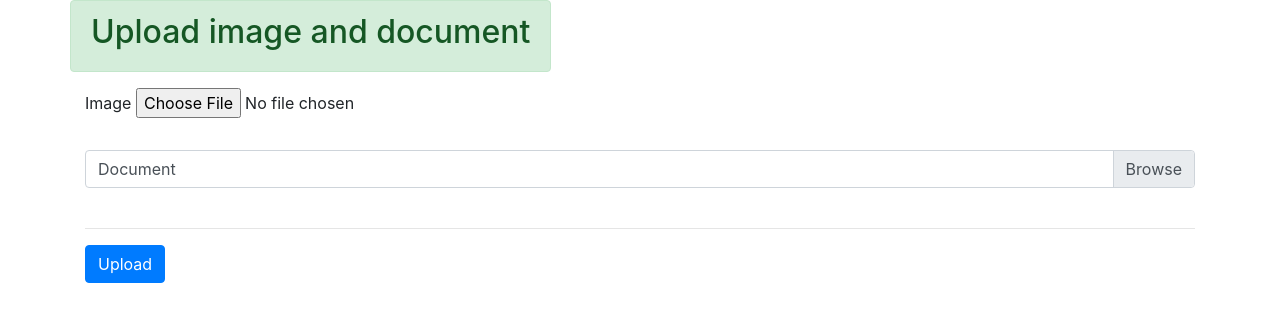
Repository: MT-thanh-MT/Java4_labs
Page: http://localhost/Lab3/UploadServlet
These files come from the project's save history. The page is drawn as it stood at one moment and after the next save; the edit follows.
The browser window is 1280 px wide. The pictures show the whole page.
The page is served by Tomcat 9. Other server files are loaded and not shown.

Above is the page before, as saved 2022-07-15 11:59:45.

### Lab3/src/main/webapp/upload.jsp
<%@ page language="java" contentType="text/html; charset=ISO-8859-1"
    pageEncoding="ISO-8859-1"%>
<!doctype html>
<html lang="en">
  <head>
    <!-- Required meta tags -->
    <meta charset="utf-8">
    <meta name="viewport" content="width=device-width, initial-scale=1, shrink-to-fit=no">

    <!-- Bootstrap CSS -->
    <link rel="stylesheet" href="https://cdn.jsdelivr.net/npm/bootstrap@4.6.1/dist/css/bootstrap.min.css" integrity="sha384-zCbKRCUGaJDkqS1kPbPd7TveP5iyJE0EjAuZQTgFLD2ylzuqKfdKlfG/eSrtxUkn" crossorigin="anonymous">

    <title>Upload!</title>
  </head>
  <body>
	<div class="container">
	<div class="row">
		<div class="alert alert-success">
			<h2>Upload image and document</h2>
		</div>
	</div>
		<div class="row">
			<div class="col">
				<form action="UploadServlet" enctype="multipart/form-data" method="post">
					<div class="custom-file mb-4">
						<label for="image" >Image</label>
						<input type="file"  id="image" name="image" />
					</div>
					<div class="custom-file mb-4">
						<label for="document" class="custom-file-label">Document</label>
						<input type="file" class="custom-file-input" id="document" name="document" />
					</div>
					<hr />
					<button class="btn btn-primary">
						Upload
					</button>
				</form>
			</div>
		</div>
	</div>


    <script src="https://cdn.jsdelivr.net/npm/jquery@3.5.1/dist/jquery.slim.min.js" integrity="sha384-DfXdz2htPH0lsSSs5nCTpuj/zy4C+OGpamoFVy38MVBnE+IbbVYUew+OrCXaRkfj" crossorigin="anonymous"></script>
    <script src="https://cdn.jsdelivr.net/npm/popper.js@1.16.1/dist/umd/popper.min.js" integrity="sha384-9/reFTGAW83EW2RDu2S0VKaIzap3H66lZH81PoYlFhbGU+6BZp6G7niu735Sk7lN" crossorigin="anonymous"></script>
    <script src="https://cdn.jsdelivr.net/npm/bootstrap@4.6.1/dist/js/bootstrap.min.js" integrity="sha384-VHvPCCyXqtD5DqJeNxl2dtTyhF78xXNXdkwX1CZeRusQfRKp+tA7hAShOK/B/fQ2" crossorigin="anonymous"></script>

  </body>
</html>

### Lab3/src/main/java/edu/poly/servlet/UploadServlet.java
package edu.poly.servlet;

import java.io.IOException;
import java.nio.file.Files;
import java.nio.file.Path;
import java.nio.file.Paths;

import javax.servlet.ServletException;
import javax.servlet.annotation.MultipartConfig;
import javax.servlet.annotation.WebServlet;
import javax.servlet.http.HttpServlet;
import javax.servlet.http.HttpServletRequest;
import javax.servlet.http.HttpServletResponse;
import javax.servlet.http.Part;

/**
 * Servlet implementation class UploadServlet
 */
@MultipartConfig
@WebServlet("/UploadServlet")
public class UploadServlet extends HttpServlet {

	protected void doGet(HttpServletRequest request, HttpServletResponse response) throws ServletException, IOException {
		request.getRequestDispatcher("upload.jsp").forward(request, response);

	}


	protected void doPost(HttpServletRequest request, HttpServletResponse response) throws ServletException, IOException {
		String uploadFolder = request.getServletContext().getRealPath("/uploads");
		Path uploadPath = Paths.get(uploadFolder);

		if (!Files.exists(uploadPath)) {
			Files.createDirectory(uploadPath);
		}
		Part imagePart = request.getPart("image");
		Part documentPart = request.getPart("document");

		String imageFilename = Path.of(imagePart.getSubmittedFileName()).getFileName().toString();
		String documentFilename = Path.of(documentPart.getSubmittedFileName()).getFileName().toString();

		imagePart.write(Paths.get(uploadPath.toString(), imageFilename).toString());
		documentPart.write(Paths.get(uploadPath.toString(),documentFilename).toString());

		request.setAttribute("image", imageFilename);
		request.setAttribute("document", documentFilename);

		request.getRequestDispatcher("result.jsp").forward(request, response);

	}

}

After the next save:
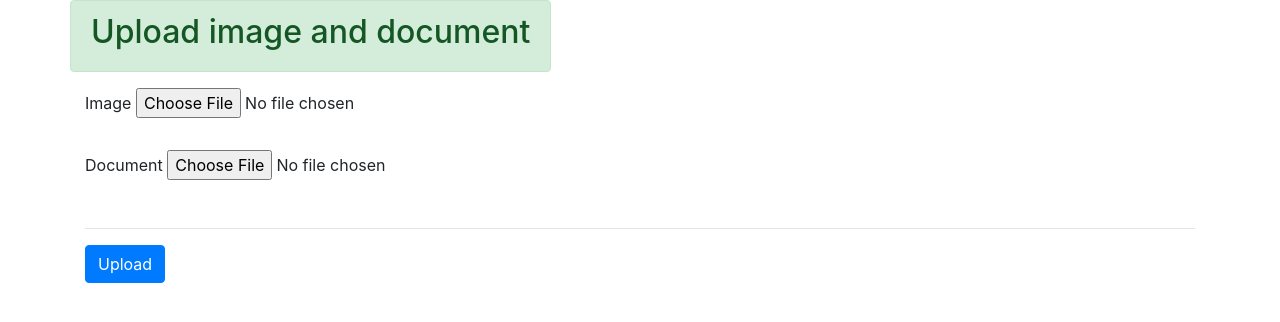
Saved 31 s later.
--- a/Lab3/src/main/webapp/upload.jsp
+++ b/Lab3/src/main/webapp/upload.jsp
@@ -27,8 +27,8 @@
 						<input type="file"  id="image" name="image" />
 					</div>
 					<div class="custom-file mb-4">
-						<label for="document" class="custom-file-label">Document</label>
-						<input type="file" class="custom-file-input" id="document" name="document" />
+						<label for="document" >Document</label>
+						<input type="file"  id="document" name="document" />
 					</div>
 					<hr />
 					<button class="btn btn-primary">
